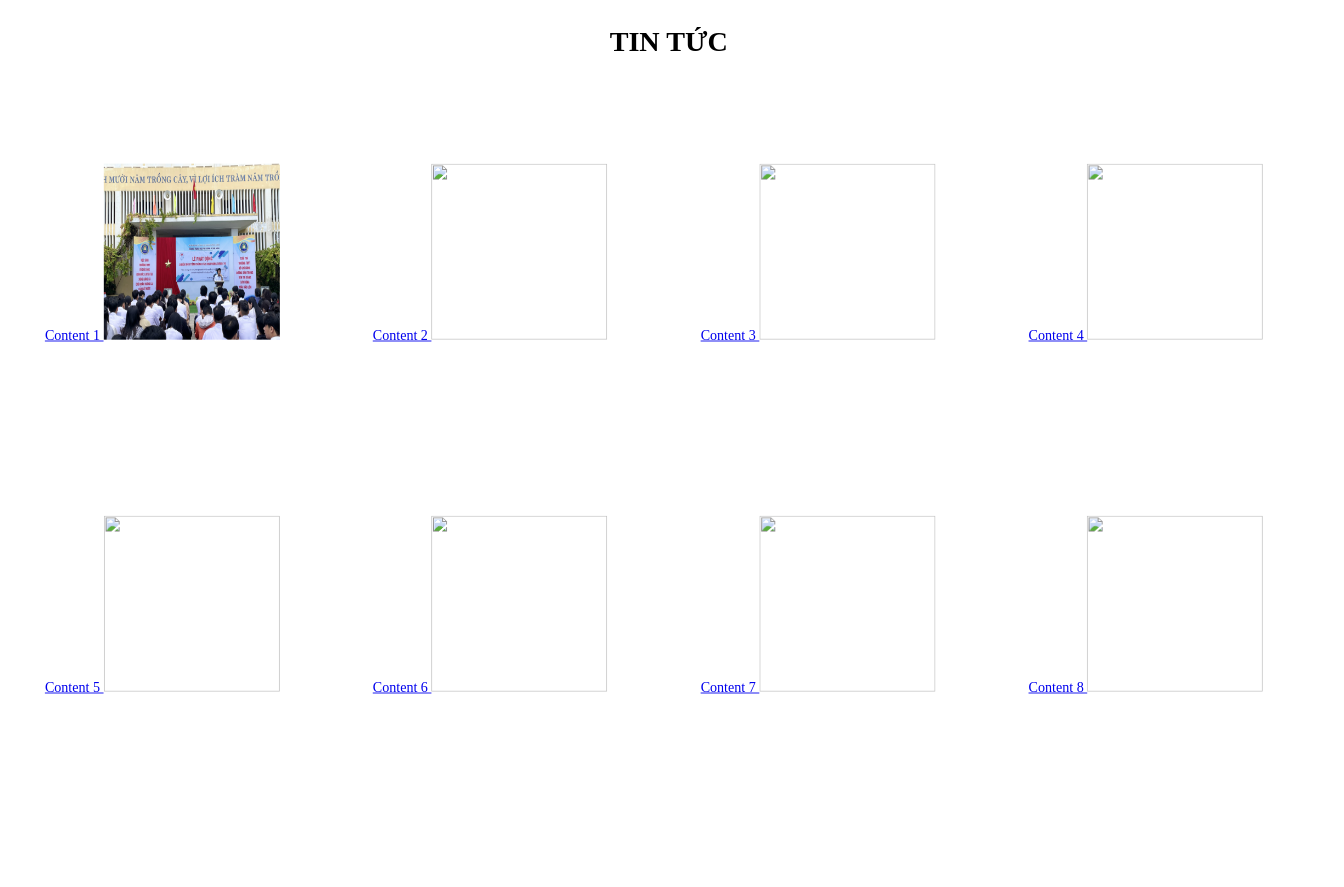
Repository: dphasst17/THPTVCC
Page: new/new_content/new_content_home.html
The author's editor kept a copy of each file at every save. The page is drawn from the files as they stood at one save, then again after the next save.
The browser window is 1280 px wide. The page is 1527 px wide, so the pictures cover 1527 px, including what lies to the right of the window. The pictures show the whole page, at 88% of full size.

Above is the page before, as saved 2022-10-13 09:36:04.

After the next save:
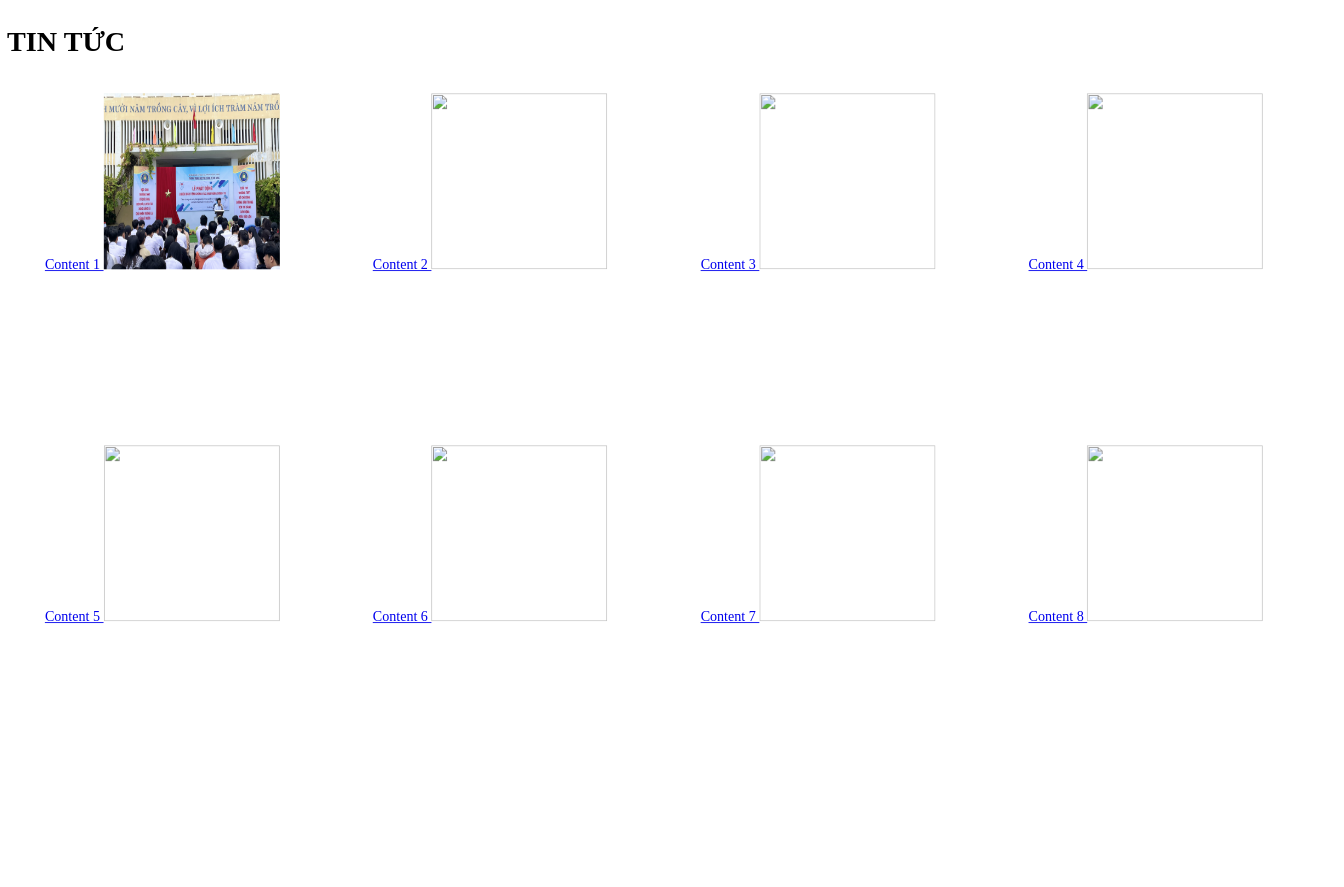
Saved 20 s later.
--- a/new/new_content/new_content_home.html
+++ b/new/new_content/new_content_home.html
@@ -19,6 +19,9 @@
             background-color:#fff;
             overflow: hidden;
             border-radius:10px;
+        }
+        H1{
+            position:absolute;
         }
         .content{
             width:300px;
